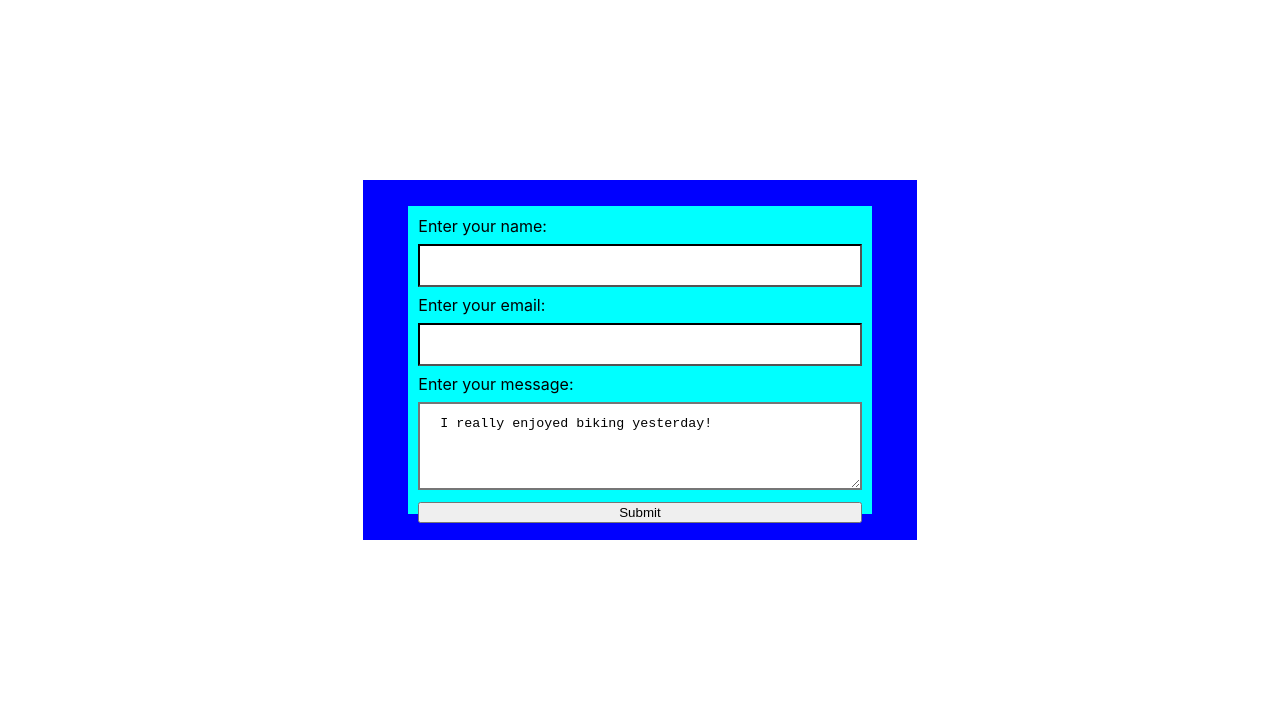
Repository: AddamVictorioDev/ProfileWebsite
Page: /form (app in con/)
An editor plug-in stored every save of this project. The page is shown before and after a run of saves, followed by the edit.
The browser window is 1280 px wide. The pictures show the whole page.
The project was rebuilt for these pictures with package versions that can differ from the ones it lists, and the page was loaded fresh each time. Also part of the build but not shown: con/src/App.css, con/src/home.css, con/src/home.js, con/src/addam.css, con/src/addam.js, con/src/usescripts.js, con/src/projects.js.

Above is the page before, as saved 2023-03-16 19:09:46.

After the next 2 saves:
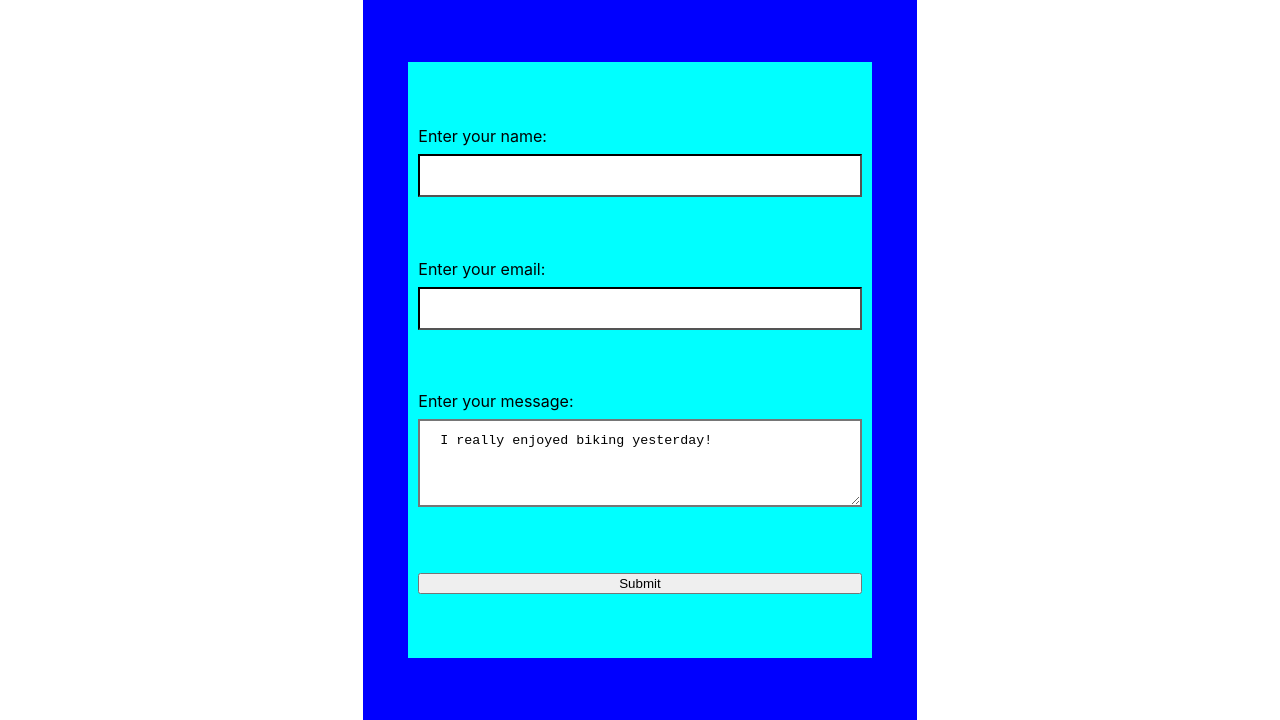
The 2 saves are shown as one change because they came seconds apart.
The last was saved 6 s later.
--- a/con/src/form.css
+++ b/con/src/form.css
@@ -18,7 +18,7 @@ body{
 .center{
     display: grid;
     place-items: center;
-    height: 50vh;
+    height: 100vh;
     background-color: blue;
 
 
